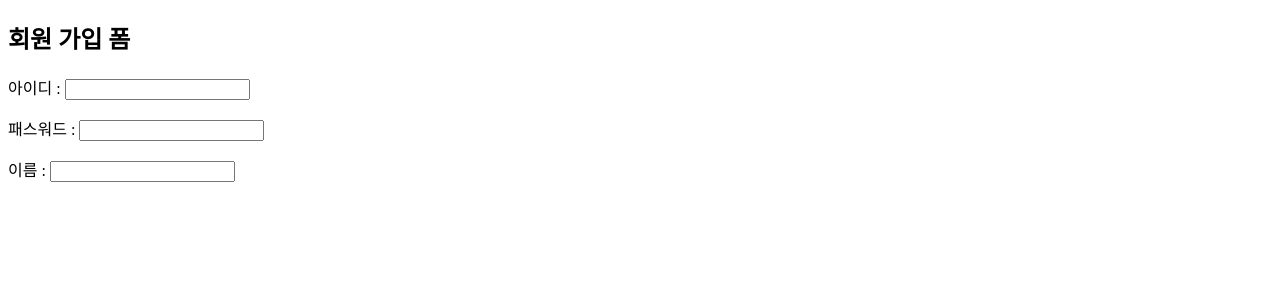
Repository: matodale/StudyJSP
Page: http://localhost/StudyJSP/ch12/insertMemberForm.jsp
These files come from the project's save history. The page is drawn as it stood at one moment and after the next save; the edit follows.
The browser window is 1280 px wide. The pictures show the whole page.
The page is served by Tomcat 9.

Above is the page before, as saved 2022-12-23 08:03:54.

After the next save:
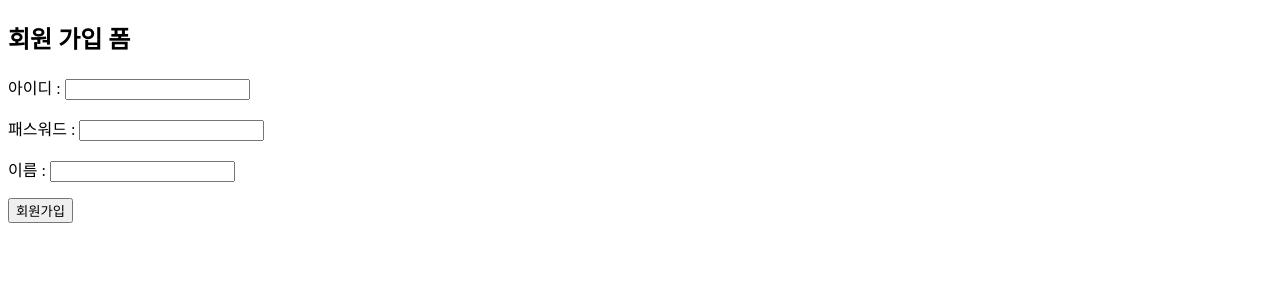
Saved 29 s later.
--- a/StudyJSP/src/main/webapp/ch12/insertMemberForm.jsp
+++ b/StudyJSP/src/main/webapp/ch12/insertMemberForm.jsp
@@ -12,6 +12,7 @@
 		<p>아이디 : <input type="text" name="id" maxlength="50"></p>
 		<p>패스워드 : <input type="password" name="passwd" maxlength="16"></p>
 		<p>이름 : <input type="text" name="name" maxlength="10"></p>
+		<input type="submit" value="회원가입">
 	</form>
 </body>
 </html>
